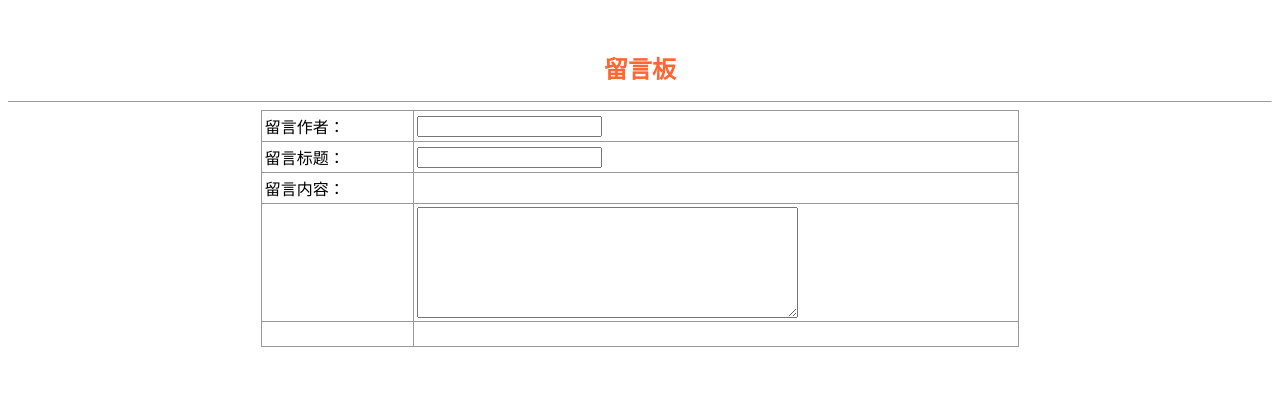
Repository: frankstar007/java
Page: http://localhost/CommentBoard/comment1.jsp
These files come from the project's save history. The page is drawn as it stood at one moment and after the next save; the edit follows.
The browser window is 1280 px wide. The pictures show the whole page.
The page is served by Tomcat 9. Other server files are loaded and not shown.

Above is the page before, as saved 2016-05-12 09:04:32.

### CommentBoard/WebContent/comment1.jsp
<%@ page language="java" contentType="text/html; charset=UTF-8"
    pageEncoding="UTF-8"%>
    <%
    	String temp = new String();
    	temp = (String) application.getAttribute("num");
    	if (temp == null) {
    		application.setAttribute("num", "0");
    	}
    %>
<!DOCTYPE html PUBLIC "-//W3C//DTD HTML 4.01 Transitional//EN" "http://www.w3.org/TR/html4/loose.dtd">
<html>
<head>
<meta http-equiv="Content-Type" content="text/html; charset=UTF-8">
<title>留言板</title>
</head>
<body bgcolor="#FFFFFF" text="#000000">
<p>&nbsp;</p>
<p align="center">
<b><font size="5" color="#FF6633">留言板</font></b></p>
<hr size="1">
	<form name="form1" method="post" action="comment2.jsp">
		<table width="60%" border="0" cellspacing="1" cellpadding="3"
			align="center" bgcolor="#999999">
			<tr bgcolor="#FFFFFF">
				<td width="20%">留言作者：</td>
				<td width="80%">
					<input type="text" name="txtaut">
				</td>
			</tr>
			<tr bgcolor="#FFFFFF">
				<td width="20%">留言标题：</td>
				<td width="80%">
					<input type="text" name="txttit">
				</td>
			</tr>
			<tr bgcolor="#FFFFFF">
				<td width="20%">留言内容：</td>
				<td width="80%">&nbsp;</td>
			</tr>
			<tr bgcolor="#FFFFFF">
				<td width="20%">&nbsp;</td>
				<td width="80%">
					<textarea name="txtart" rows="7" cols="45"></textarea>
				</td>
			</tr>
			<tr bgcolor="#FFFFFF">
				<td width="20%">&nbsp;</td>
				<td width="80%">&nbsp;</td>
			</tr>
		</table>

	</form>

</body>
</html>

After the next save:
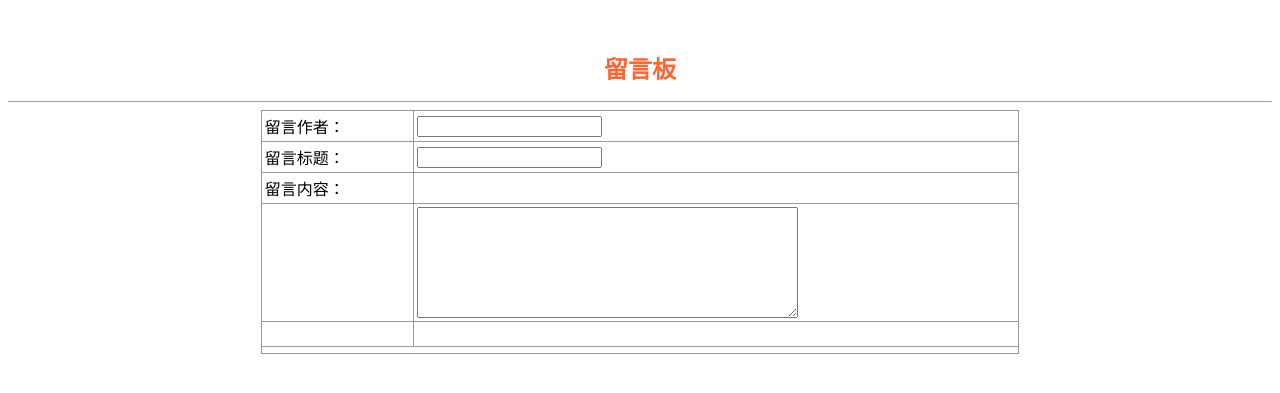
Saved 83 s later.
--- a/CommentBoard/WebContent/comment1.jsp
+++ b/CommentBoard/WebContent/comment1.jsp
@@ -47,6 +47,12 @@
 				<td width="20%">&nbsp;</td>
 				<td width="80%">&nbsp;</td>
 			</tr>
+			<tr bgcolor="#FFFFFF">
+				<td colspan="2">
+					<div align="center">
+
+					</div>
+			</tr>
 		</table>
 
 	</form>
